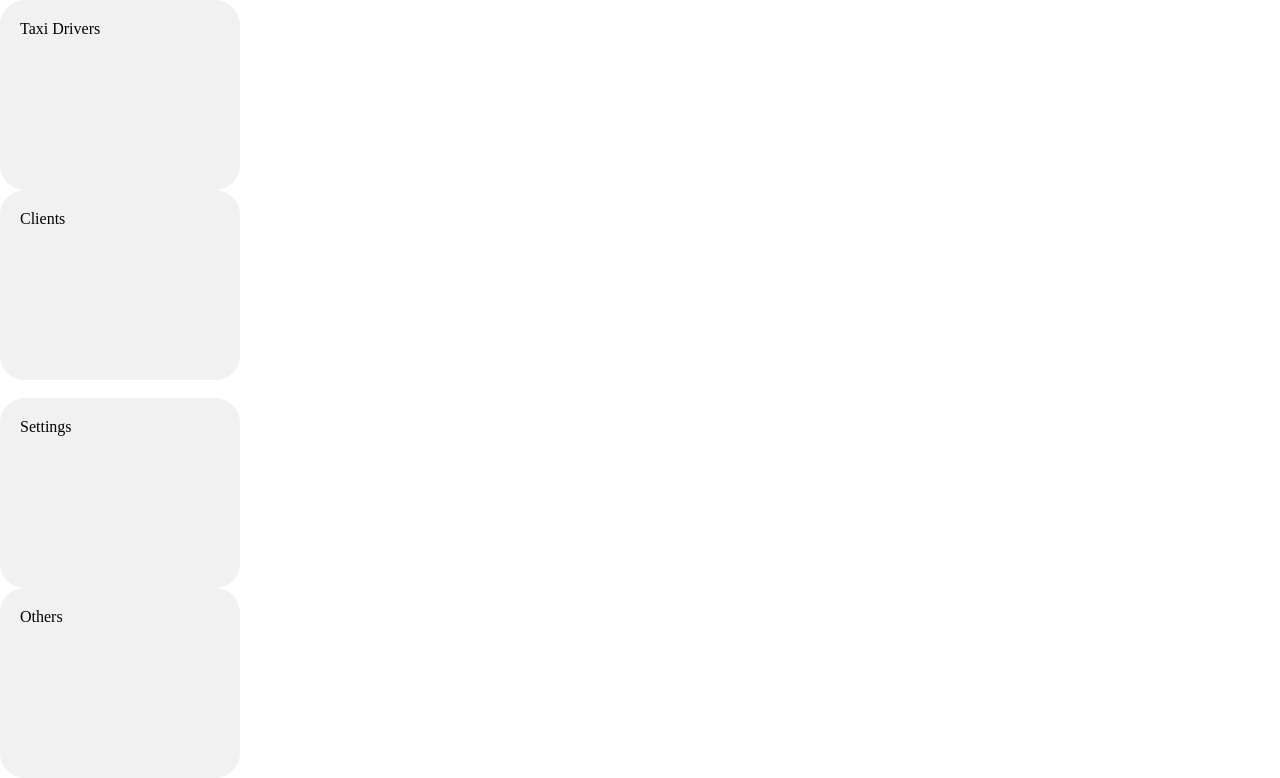
Repository: ash-the-reaper/TaxiRoot
Page: UI/WebContent/home.html
An editor plug-in stored every save of this project. The page is shown before and after the next save, followed by the edit.
The browser window is 1280 px wide. The pictures show the whole page.

Above is the page before, as saved 2017-03-19 02:16:40.
Console error: ReferenceError: CONTEXT_PATH is not defined

### UI/WebContent/home.html
<!DOCTYPE html>
<html>
<head lang="en">
	<meta charset="UTF-8">
	<meta http-equiv="pragma" content="no-cache">
	<meta http-equiv="cache-control" content="no-cache">

	<script src="js/angular.min.js"></script>
	<script id="script" src="js/main.js"></script>
	<script id="script" src="js/dashboard.js"></script>


	<link rel="stylesheet" type="text/css" href="css/adminMenu.css">

	<title>Home</title>

</head>

<body ng-app="ngApp" ng-controller="ngCtrl">

	<div id ="rcorners"> Taxi Drivers </div>  <div id ="rcorners"> Clients </div>

	<br/>

	<div id ="rcorners"> Settings </div>  <div id ="rcorners"> Others </div>

</body>


</html>

### UI/WebContent/js/dashboard.js
var checkLogin = CONTEXT_PATH+ "account/checkLogin";

var app = angular.module("ngApp", []);
app.controller("ngCtrl", function($scope,$http,$window) {
    $scope.changeView = function (val) {
    	if(val == 'home'){
    		$window.location.href = '/home.html';
    	}

    	else if(val == 'taxi'){
    		$window.location.href = '/taxiclients.html';
    	}

    	else if(val == 'clients'){
    		$window.location.href = '/taxiclients.html';
    	}
    }
});

### UI/WebContent/CSS/adminMenu.css
/*
	https://www.w3schools.com/css/tryit.asp?filename=trycss_navbar_vertical_responsive
*/

body {margin: 0;}

ul.sidenav {
    list-style-type: none;
    margin: 0;
    padding: 0;
    width: 25%;
    background-color: #f1f1f1;
    position: fixed;
    height: 100%;
    overflow: auto;
}

ul.sidenav li a {
    display: block;
    color: #000;
    padding: 8px 16px;
    text-decoration: none;
}

ul.sidenav li a.active {
    background-color: #3498DB;
    color: white;
}

ul.sidenav li a:hover:not(.active) {
    background-color: #555;
    color: white;
}

div.content {
    margin-left: 25%;
    padding: 1px 16px;
    height: 1000px;
}

@media screen and (max-width: 1050px){
    ul.sidenav {
        width:100%;
        height:auto;
        position:relative;
    }
    ul.sidenav li a {
        float: left;
        padding: 15px;
    }
    div.content {margin-left:0;}
}

@media screen and (max-width: 400px){
    ul.sidenav li a {
        text-align: center;
        float: none;
    }
}




/*
	css for dashboard
	http://www.webdesignerdepot.com/2014/05/8-simple-css3-transitions-that-will-wow-your-users/
*/

.border:hover
{
        box-shadow: inset 0 0 0 25px #53a7ea;
}

.grow:hover
{
        -webkit-transform: scale(1.3);
        -ms-transform: scale(1.3);
        transform: scale(1.3);
}

/*
	https://www.w3schools.com/css/css3_borders.asp

*/

#rcorners {
    border-radius: 25px;
    background: #f1f1f1;
    padding: 20px;
    width: 200px;
    height: 150px;
}


#rcorners:hover
{
        box-shadow: inset 0 0 0 25px #53a7ea;
}

Loaded but not shown: UI/WebContent/js/angular.min.js (library); UI/WebContent/js/main.js (no copy from this time; the picture is the same without it)

After the next save:
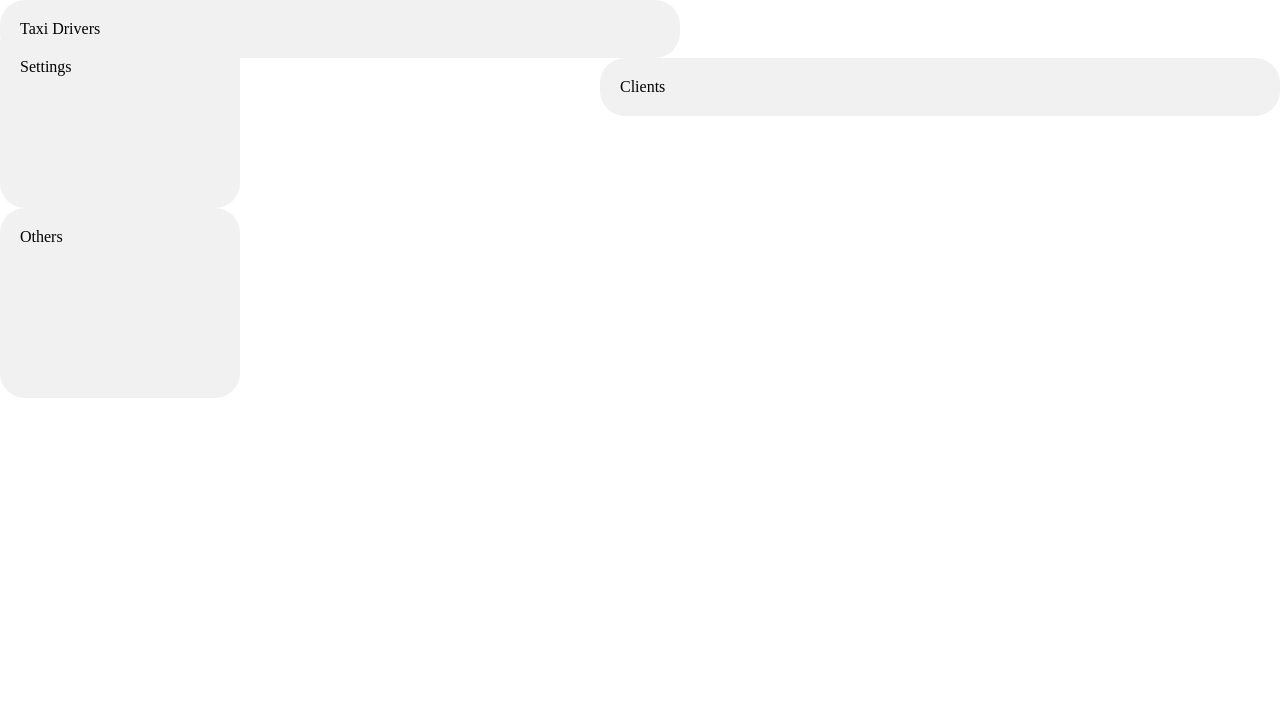
Saved 75 s later.
--- a/UI/WebContent/home.html
+++ b/UI/WebContent/home.html
@@ -18,7 +18,7 @@
 
 <body ng-app="ngApp" ng-controller="ngCtrl">
 
-	<div id ="rcorners"> Taxi Drivers </div>  <div id ="rcorners"> Clients </div>
+	<div id ="rcorners" style="width: 50%; height: 50%; float:left;" > Taxi Drivers </div>  <div id ="rcorners" style="width: 50%; height: 50%; float:right;"> Clients </div>
 
 	<br/>
 
